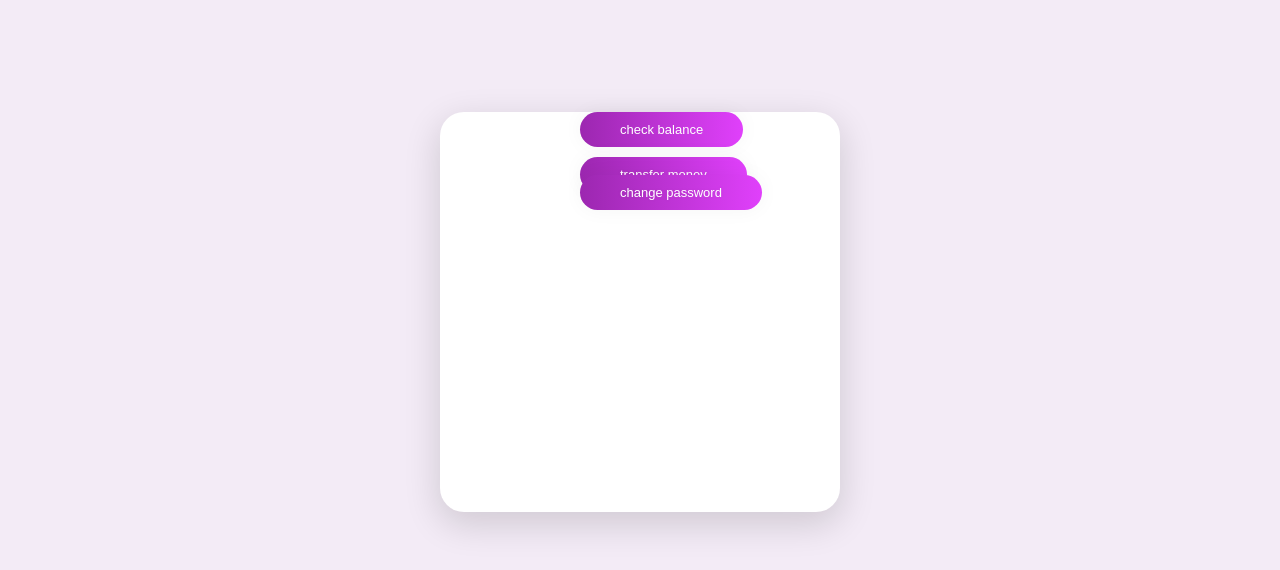
Repository: anujs099/bankingapp
Page: banking-application-final/WebContent/homepage.html
These files come from the project's save history. The page is drawn as it stood at one moment and after the next save; the edit follows.
The browser window is 1280 px wide. The pictures show the whole page.
Some web fonts or font styles are not loaded; a fallback is used.

Above is the page before, as saved 2021-03-07 17:17:43.

### banking-application-final/WebContent/homepage.html
<!DOCTYPE html>
<html>
<head>
  <link href="https://fonts.googleapis.com/css?family=Ubuntu" rel="stylesheet">
  <link rel="stylesheet" href="path/to/font-awesome/css/font-awesome.min.css">
	<link rel="stylesheet" href="LoginFile.css">

<meta charset="ISO-8859-1">
<title>Insert title here</title>
<style>
.un{
margin:20%;
}
</style>
</head>
<body>
<div class="main"><form action="checkbalance" method="post">
<input type="submit" value="check balance" class="submit"><br><br>
</form>
<a href="transfer.html" class="submit">transfer money</a>
<a href="changepassword.html" class="submit">change password</a>
</div>
</body>
</html>

### banking-application-final/WebContent/LoginFile.css
@charset "ISO-8859-1";
 body {
        background-color: #F3EBF6;
        font-family: 'Ubuntu', sans-serif;
    }

    .main {
        background-color: #FFFFFF;
        width: 400px;
        height: 400px;
        margin: 7em auto;
        border-radius: 1.5em;
        box-shadow: 0px 11px 35px 2px rgba(0, 0, 0, 0.14);
    }

    .sign {
        padding-top: 40px;
        color: #8C55AA;
        font-family: 'Ubuntu', sans-serif;
        font-weight: bold;
        font-size: 23px;
    }

    .un {
    width: 76%;
    color: rgb(38, 50, 56);
    font-weight: 700;
    font-size: 14px;
    letter-spacing: 1px;
    background: rgba(136, 126, 126, 0.04);
    padding: 10px 20px;
    border: none;
    border-radius: 20px;
    outline: none;
    box-sizing: border-box;
    border: 2px solid rgba(0, 0, 0, 0.02);
    margin-bottom: 50px;
    margin-left: 46px;
    text-align: center;
    margin-bottom: 27px;
    font-family: 'Ubuntu', sans-serif;
    }

    form.form1 {
        padding-top: 40px;
    }

    .pass {
            width: 76%;
    color: rgb(38, 50, 56);
    font-weight: 700;
    font-size: 14px;
    letter-spacing: 1px;
    background: rgba(136, 126, 126, 0.04);
    padding: 10px 20px;
    border: none;
    border-radius: 20px;
    outline: none;
    box-sizing: border-box;
    border: 2px solid rgba(0, 0, 0, 0.02);
    margin-bottom: 50px;
    margin-left: 46px;
    text-align: center;
    margin-bottom: 27px;
    font-family: 'Ubuntu', sans-serif;
    }


    .un:focus, .pass:focus {
        border: 2px solid rgba(0, 0, 0, 0.18) !important;

    }

    .submit {
      cursor: pointer;
        border-radius: 5em;
        color: #fff;
        background: linear-gradient(to right, #9C27B0, #E040FB);
        border: 0;
        padding-left: 40px;
        padding-right: 40px;
        padding-bottom: 10px;
        padding-top: 10px;
        font-family: 'Ubuntu', sans-serif;
        margin-left: 35%;
        font-size: 13px;
        box-shadow: 0 0 20px 1px rgba(0, 0, 0, 0.04);
    }

    .forgot {
        text-shadow: 0px 0px 3px rgba(117, 117, 117, 0.12);
        color: #E1BEE7;
        padding-top: 15px;
    }

    a {
        text-shadow: 0px 0px 3px rgba(117, 117, 117, 0.12);
        color: #E1BEE7;
        text-decoration: none
    }

    @media (max-width: 600px) {
        .main {
            border-radius: 0px;
        }

    }

After the next save:
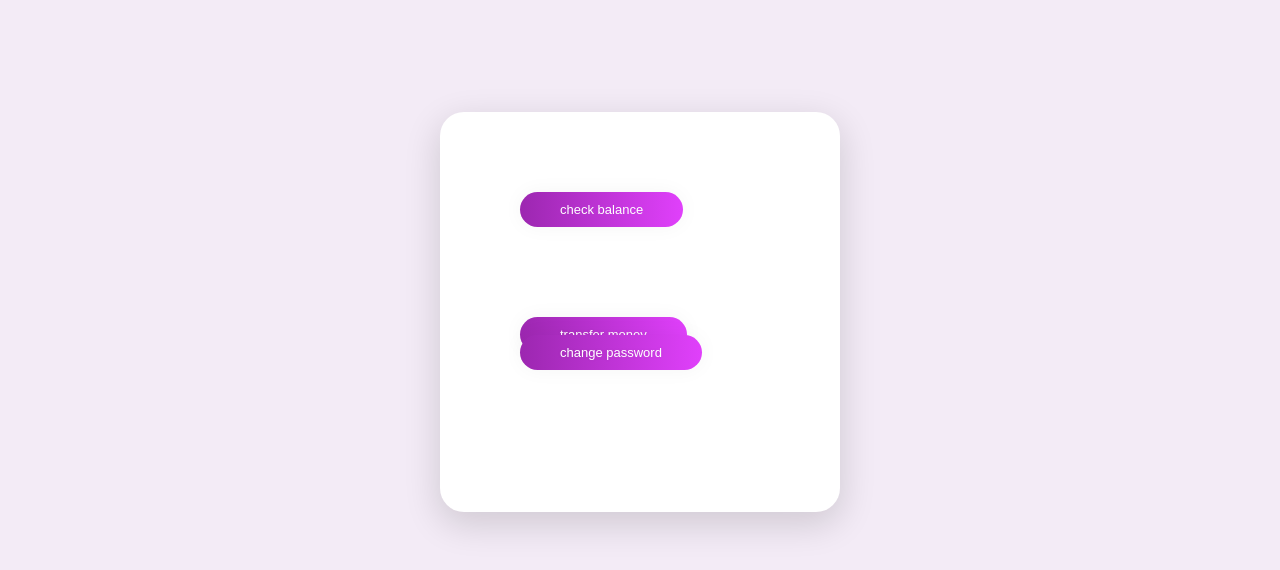
Saved 27 s later.
--- a/banking-application-final/WebContent/homepage.html
+++ b/banking-application-final/WebContent/homepage.html
@@ -8,7 +8,7 @@
 <meta charset="ISO-8859-1">
 <title>Insert title here</title>
 <style>
-.un{
+.submit{
 margin:20%;
 }
 </style>

After the save that followed:
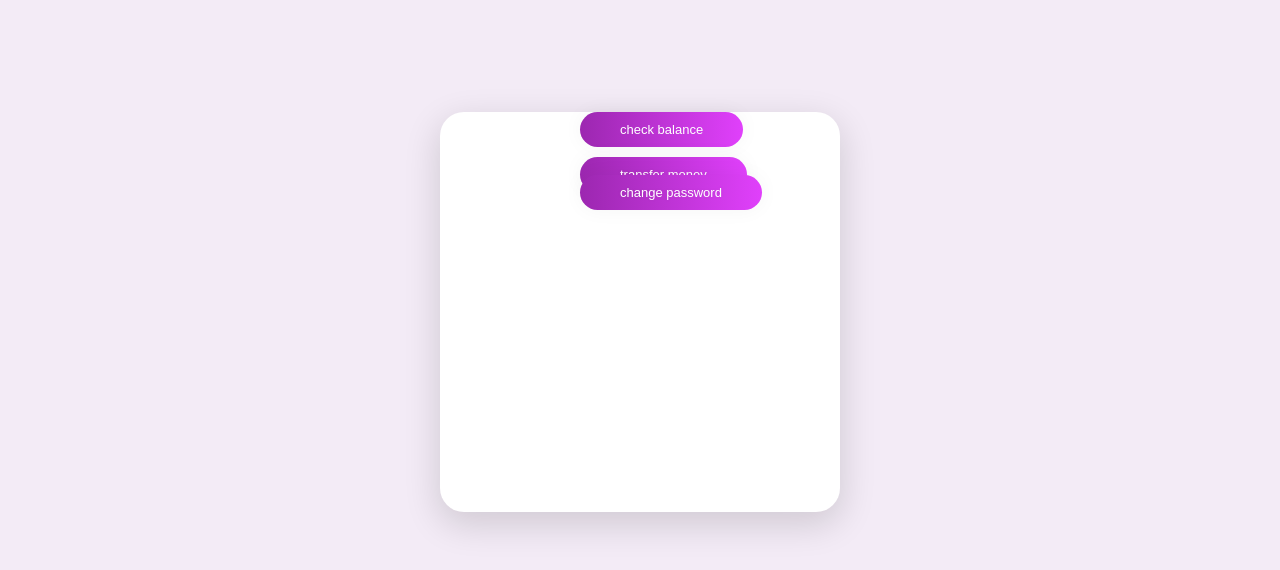
Saved 104 s later.
--- a/banking-application-final/WebContent/homepage.html
+++ b/banking-application-final/WebContent/homepage.html
@@ -9,12 +9,13 @@
 <title>Insert title here</title>
 <style>
 .submit{
-margin:20%;
+
 }
 </style>
 </head>
 <body>
-<div class="main"><form action="checkbalance" method="post">
+<div class="main">
+<form action="checkbalance" method="post" style="margin-top:40px">
 <input type="submit" value="check balance" class="submit"><br><br>
 </form>
 <a href="transfer.html" class="submit">transfer money</a>
